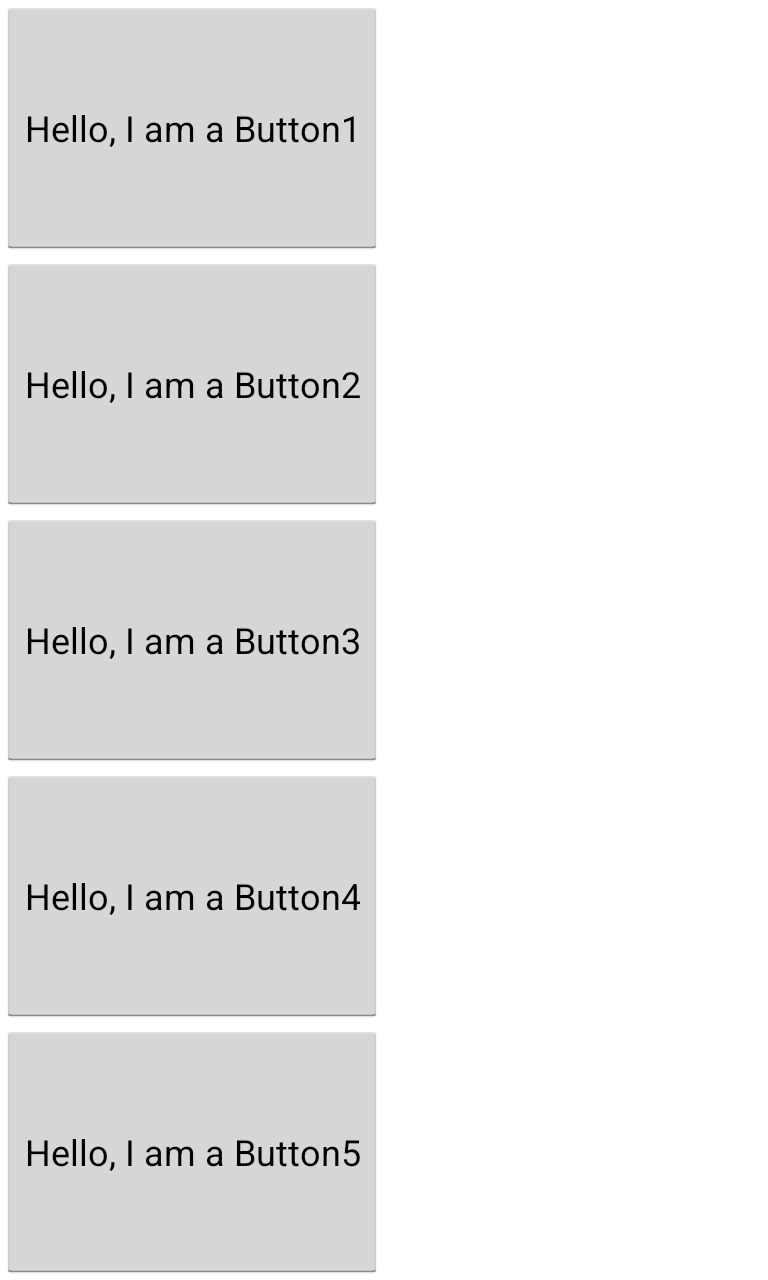
Repository: Free-Mind/eclipes
Layout: World/res/layout/activity_main.xml
These files come from the project's save history. The layout is drawn as it stood at one moment and after the next save; the edit follows.
It is drawn on a 768 x 1280 px phone screen (xhdpi) without system bars, with theme AppTheme; the app's code is not run.

Above is the layout before, as saved 2015-04-17 17:37:28.

### World/res/layout/activity_main.xml
<LinearLayout xmlns:android="http://schemas.android.com/apk/res/android"
             android:layout_width="wrap_content"
             android:layout_height="wrap_content"
              android:orientation="vertical"><!-- have an eye on ! -->
    <Button android:id="@+id/button1"
            android:layout_width="wrap_content"
            android:layout_height="wrap_content"
            android:text="Hello, I am a Button1"
            android:layout_weight="1"
            />
    <Button android:id="@+id/button2"
    android:layout_width="wrap_content"
    android:layout_height="wrap_content"
    android:text="Hello, I am a Button2"
    android:layout_weight="1"
    />
    <Button android:id="@+id/button3"
    android:layout_width="wrap_content"
    android:layout_height="wrap_content"
    android:text="Hello, I am a Button3"
    android:layout_weight="1"
    />
    <Button android:id="@+id/button4"
    android:layout_width="wrap_content"
    android:layout_height="wrap_content"
    android:text="Hello, I am a Button4"
    android:layout_weight="1"
    />
    <Button android:id="@+id/button5"
    android:layout_width="wrap_content"
    android:layout_height="wrap_content"
    android:text="Hello, I am a Button5"
    android:layout_weight="1"
    />
</LinearLayout>

Loaded but not shown: World/res/values/styles.xml (common file); World/res/values-v11/styles.xml (common file); World/res/values-v14/styles.xml (common file)

After the next save:
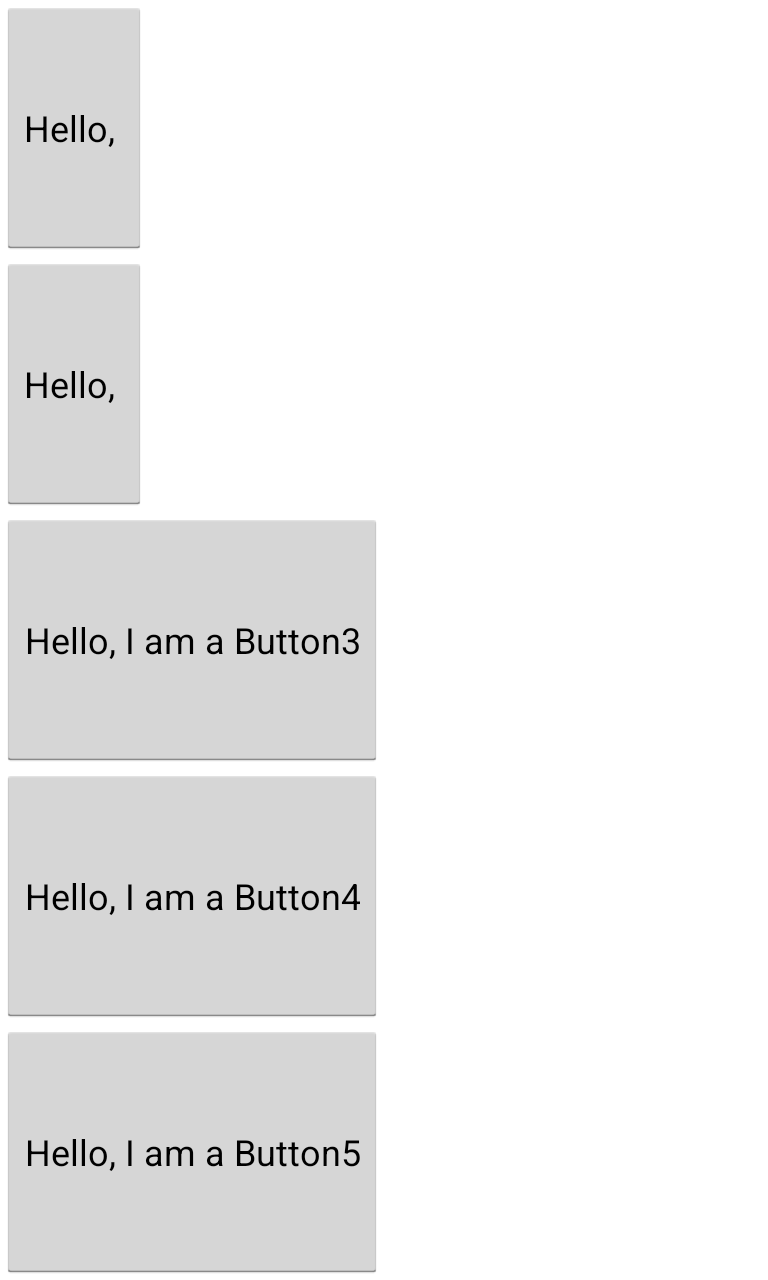
Saved 25 s later.
--- a/World/res/layout/activity_main.xml
+++ b/World/res/layout/activity_main.xml
@@ -5,13 +5,13 @@
     <Button android:id="@+id/button1"
             android:layout_width="wrap_content"
             android:layout_height="wrap_content"
-            android:text="Hello, I am a Button1"
+            android:text="Hello, "
             android:layout_weight="1"
             />
     <Button android:id="@+id/button2"
     android:layout_width="wrap_content"
     android:layout_height="wrap_content"
-    android:text="Hello, I am a Button2"
+    android:text="Hello, "
     android:layout_weight="1"
     />
     <Button android:id="@+id/button3"
